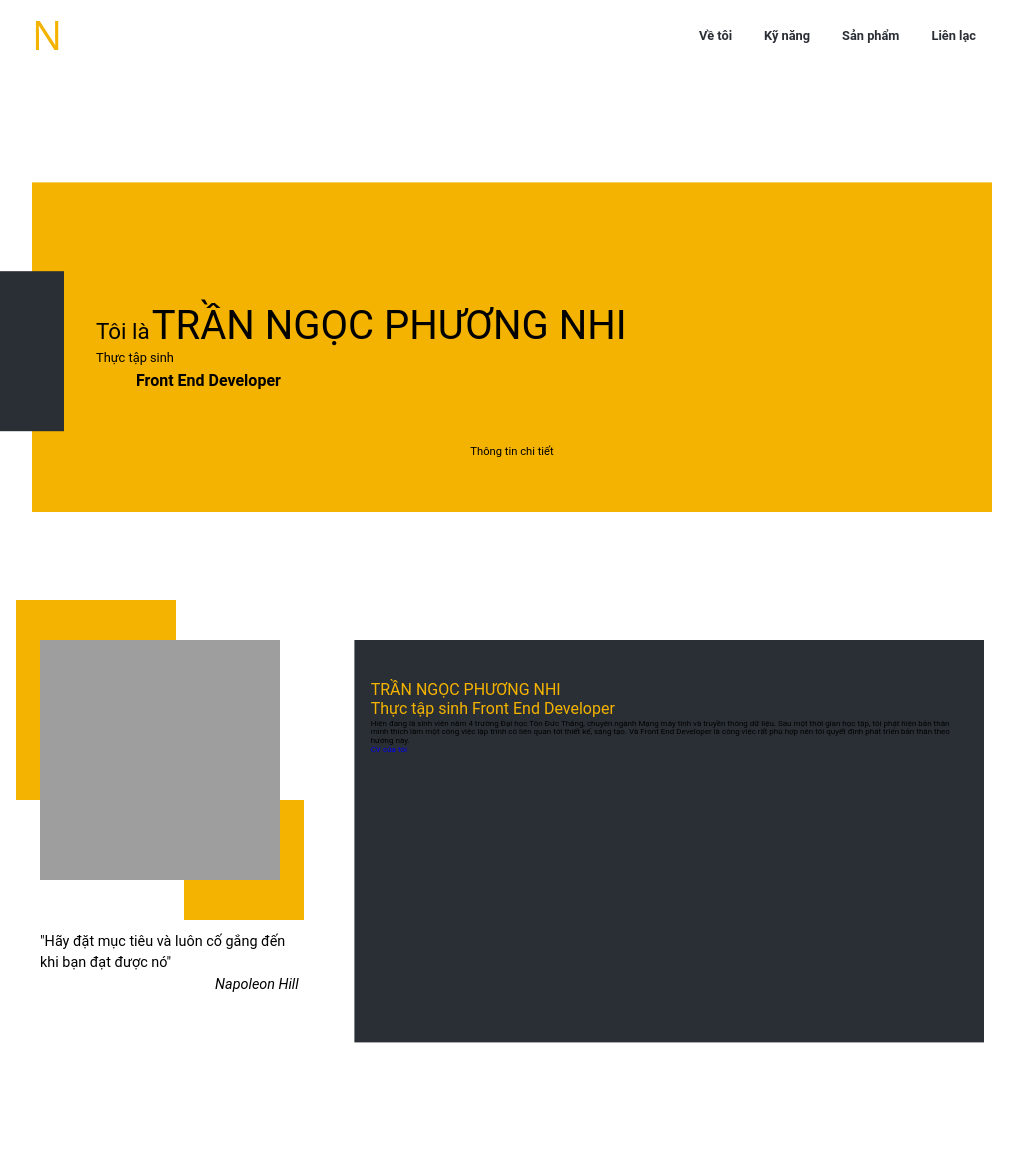
Repository: TranNgocPhuongNhi/my-portfolio
Page: index.html
The author's editor kept a copy of each file at every save. The page is drawn from the files as they stood at one save, then again after a run of saves.
The browser window is 1280 px wide. The pictures show the whole page, at 80% of full size.
Pictures or frames that could not be fetched are drawn as grey boxes. Some icons come from a web library that is not loaded, so they are not drawn. Some web libraries are served in a nearby version.

Above is the page before, as saved 2021-07-04 16:25:56.

After the next 2 saves:
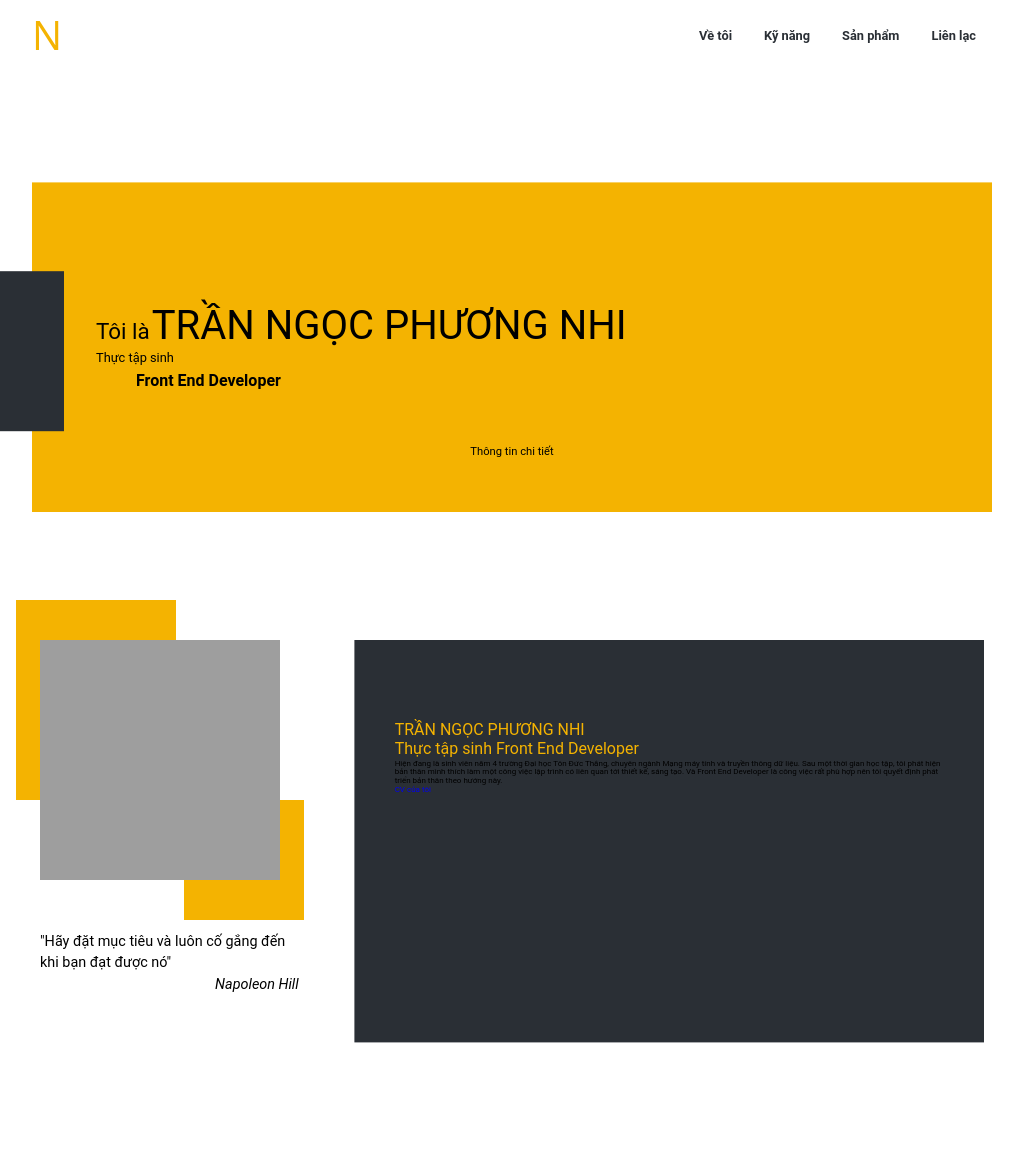
The 2 saves are shown as one change because they came seconds apart.
The last was saved 8 s later.
--- a/resources/css/main.css
+++ b/resources/css/main.css
@@ -210,7 +210,7 @@ a {
 
 .about__content {
     background-color: var(--primary2);
-    padding: 5rem 2rem;
+    padding: 10rem 5rem;
 }
 
 .about__info {
